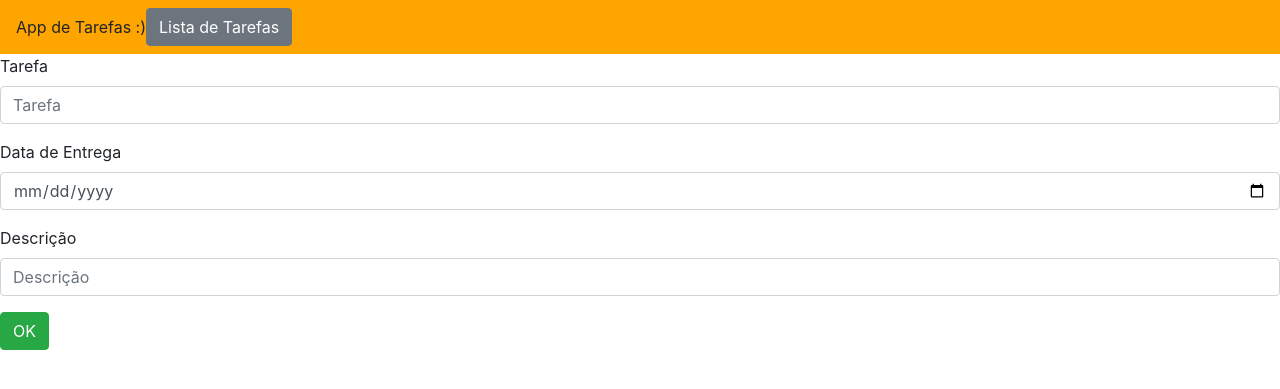
Repository: sophiaks/CRUD
Page: http://localhost/Projeto1/Views/adiciona.jsp
The author's editor kept a copy of each file at every save. The page is drawn from the files as they stood at one save, then again after the next save.
The browser window is 1280 px wide. The pictures show the whole page.
The page is served by Tomcat 9. Nobody is signed in. The application's start-up code is not run. Other server files are loaded and not shown.

Above is the page before, as saved 2020-09-23 19:24:52.

### WorkspaceP1/Projeto1/WebContent/Views/adiciona.jsp
<%@ page language="java" contentType="text/html; charset=ISO-8859-1"
    pageEncoding="ISO-8859-1"%>
<%@ taglib uri="http://java.sun.com/jsp/jstl/core" prefix="c" %>
<%@ taglib uri="http://java.sun.com/jsp/jstl/fmt" prefix="fmt" %>
<%@ page import="java.util.*,br.edu.insper.*" %>


<!DOCTYPE html>
<html>
<head>
<meta charset="ISO-8859-1">
<title>Tarefa</title>
<link href="<c:url value="/bootstrap/css/bootstrap.css"/>" rel="stylesheet">
</head>

<body>
	<jsp:useBean id="dao" class="br.edu.insper.DAO"/>
	<header>
		<nav class="navbar navbar-expand-md navbar-dark"
		style="background-color: orange">
		<div>
			App de Tarefas :)
		</div>
		<br>
		<a href="<%=request.getContextPath()%>/Views/lista.jsp" class="btn btn-secondary">Lista de Tarefas</a>



		</nav>
	</header>
	<form action="adiciona" method="post">
		<div class="form-group">
			<label for="nome">Tarefa</label>
			<input type="text" name="nome" class="form-control" placeholder="Tarefa">
		</div>

		<div class="form-group">
			<label for="nome">Data de Entrega</label>
			<input type="date" name="entrega" class="form-control" placeholder="Data de Entrega">
		</div>

		<div class="form-group">
			<label for="descricao">Descrição</label>
			<input type="text" name="descricao" class="form-control" placeholder="Descrição">
		</div>

		<div>
			<input type="submit" value="OK" class="btn btn-success" >
		</div>



	</form>
	<br />



</body>
</html>

### WorkspaceP1/Projeto1/src/br/edu/insper/model/DAO.java
package br.edu.insper;
import java.sql.Connection;
import java.sql.DriverManager;
import java.sql.PreparedStatement;
import java.sql.ResultSet;
import java.sql.SQLException;
import java.util.ArrayList;
import java.util.List;


public class DAO {
	private Connection connection = null;

	public DAO () throws ClassNotFoundException, SQLException {
		Class.forName("com.mysql.jdbc.Driver");
		connection = DriverManager.getConnection("jdbc:mysql://127.0.0.1:3306/tarefas?serverTimezone=UTC", "root", "^^b^@JVg^x!6");
	}

	public List<Tarefa> getLista() throws SQLException {
		List<Tarefa> tarefas = new ArrayList<Tarefa>();

		PreparedStatement stmt = connection.prepareStatement("SELECT * FROM tarefa;");
		ResultSet rs = stmt.executeQuery();

		while (rs.next()) {
			Tarefa tarefa = new Tarefa();

			tarefa.setId(rs.getInt("id"));
			tarefa.setNome(rs.getString("tarefa"));
			tarefa.setEntrega(rs.getString("data"));
			tarefa.setDescricao(rs.getString("descricao"));
			tarefas.add(tarefa);
			}

		rs.close();
		stmt.close();

		return tarefas;

		}

	public void close() throws SQLException {
		connection.close();
	}

	public void adiciona(Tarefa tarefa) throws SQLException {
		String sql = "INSERT INTO Tarefa" + "(tarefa, data, descricao) VALUES (?,?,?)";
		PreparedStatement stmt = connection.prepareStatement(sql);
		stmt.setString(1, tarefa.getNome());
		stmt.setString(2, tarefa.getEntrega());
		stmt.setString(3, tarefa.getDescricao());
		stmt.execute();
		stmt.close();
	}

	public void atualiza(Tarefa tarefa) throws SQLException {
		String sql = "UPDATE Tarefa SET " + "tarefa=?, data=?, descricao=? WHERE id=?";
		PreparedStatement stmt = connection.prepareStatement(sql);
		stmt.setString(1, tarefa.getNome());
		stmt.setString(2, tarefa.getEntrega());
		stmt.setString(3, tarefa.getDescricao());
		stmt.setInt(4, tarefa.getId());
		stmt.execute();
		stmt.close();
	}

	public void remove(Integer id) throws SQLException {
		PreparedStatement stmt = connection.prepareStatement("DELETE FROM Tarefa WHERE id=?");
		stmt.setInt(1,  id);
		stmt.execute();
		stmt.close();
	}
}

Loaded but not shown: WorkspaceP1/Projeto1/WebContent/bootstrap/css/bootstrap.css (library)

After the next save:
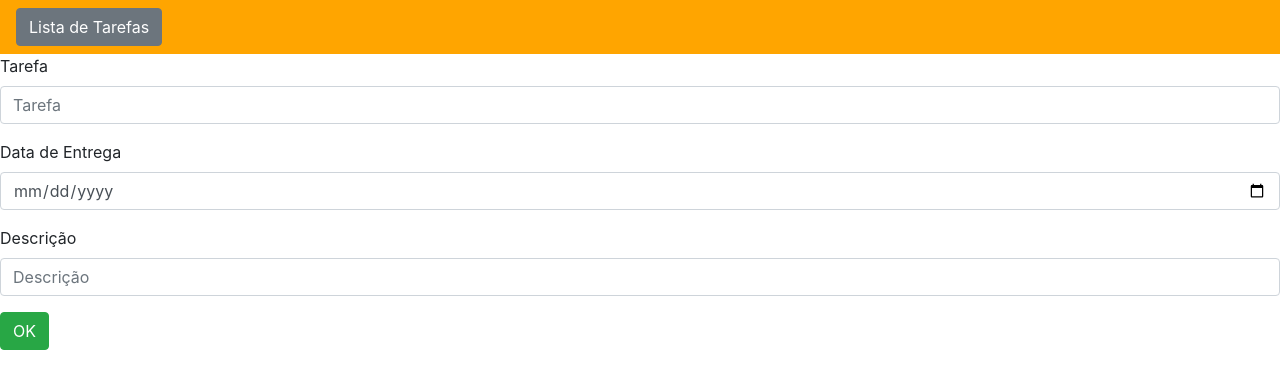
Saved 14 s later.
--- a/WorkspaceP1/Projeto1/WebContent/Views/adiciona.jsp
+++ b/WorkspaceP1/Projeto1/WebContent/Views/adiciona.jsp
@@ -18,9 +18,6 @@
 	<header>
 		<nav class="navbar navbar-expand-md navbar-dark"
 		style="background-color: orange">
-		<div>
-			App de Tarefas :)
-		</div>
 		<br>
 		<a href="<%=request.getContextPath()%>/Views/lista.jsp" class="btn btn-secondary">Lista de Tarefas</a>
 
